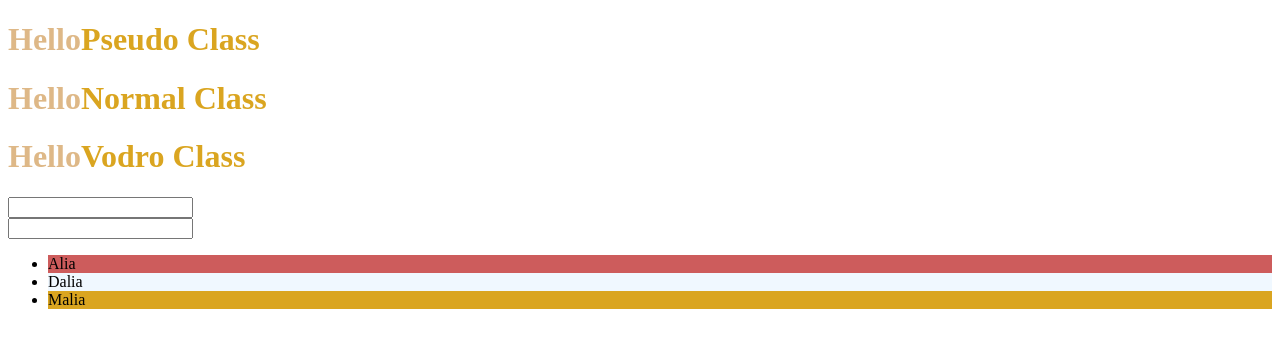
Repository: mohsinfarabi/first-website
Page: pseudo_class.html
The author's editor kept a copy of each file at every save. The page is drawn from the files as they stood at one save, then again after the next save.
The browser window is 1280 px wide. The pictures show the whole page.

Above is the page before, as saved 2020-06-29 22:19:24.

### pseudo_class.html
<!DOCTYPE html>
<html lang="en">

<head>
    <meta charset="UTF-8">
    <meta name="viewport" content="width=device-width, initial-scale=1.0">
    <title>Document</title>
    <style>
        h1 {
            color: goldenrod;
        }

        .special-effect:hover {
            color: indianred;
            font-size: 60px;
            background-color: lawngreen;
        }

        input:focus {
            font-weight: 700px;
            font-size: 20px;
            color: green;
        }

        li:first-child {
            background-color: indianred;
        }

        li:last-child {
            background-color: goldenrod;
        }

        li:nth-child(2) {
            background-color: aliceblue;
        }

        h1::before {
            content: "Hello";
            color: burlywood;
        }
    </style>
</head>

<body>
    <h1>Pseudo Class</h1>
    <h1>Normal Class</h1>
    <h1 class="special-effect">Vodro Class</h1>
    <input name="email" type="text">
    <br>
    <input name="password" type="text">
    <ul>
        <li>Alia</li>
        <li>Dalia</li>
        <li>Malia</li>
    </ul>
</body>

</html>

After the next save:
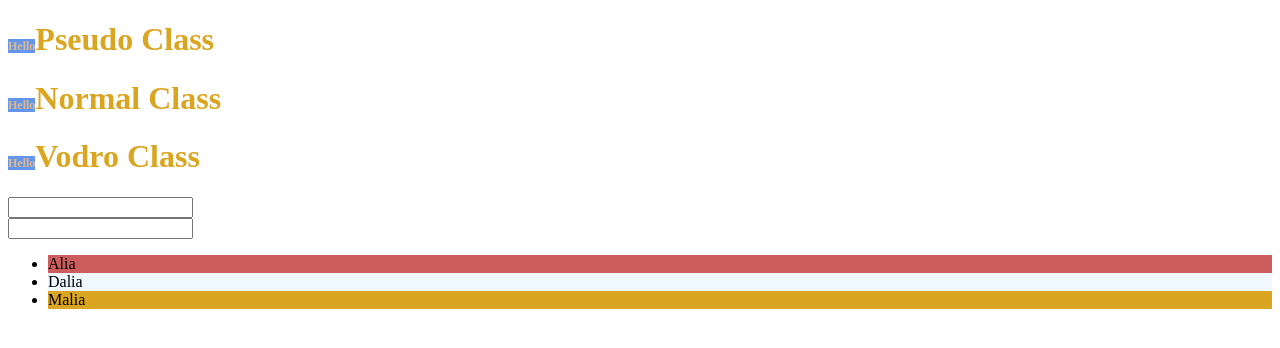
Saved 23 s later.
--- a/pseudo_class.html
+++ b/pseudo_class.html
@@ -37,6 +37,8 @@
         h1::before {
             content: "Hello";
             color: burlywood;
+            font-size: 12px;
+            background-color: cornflowerblue;
         }
     </style>
 </head>
